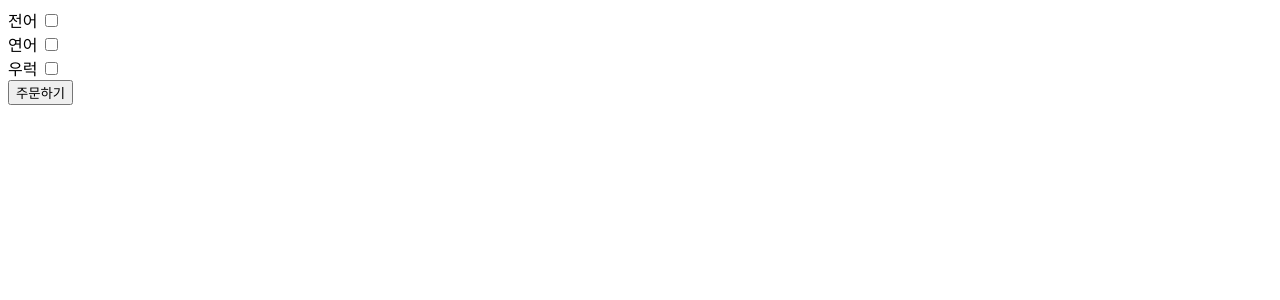
Repository: Dog-voice/king
Page: http://localhost/web_study/step4-form.jsp
An editor plug-in stored every save of this project. The page is shown before and after the next save, followed by the edit.
The browser window is 1280 px wide. The pictures show the whole page.
The page is served by Tomcat 9.

Above is the page before, as saved 2022-08-16 06:56:07.

After the next save:
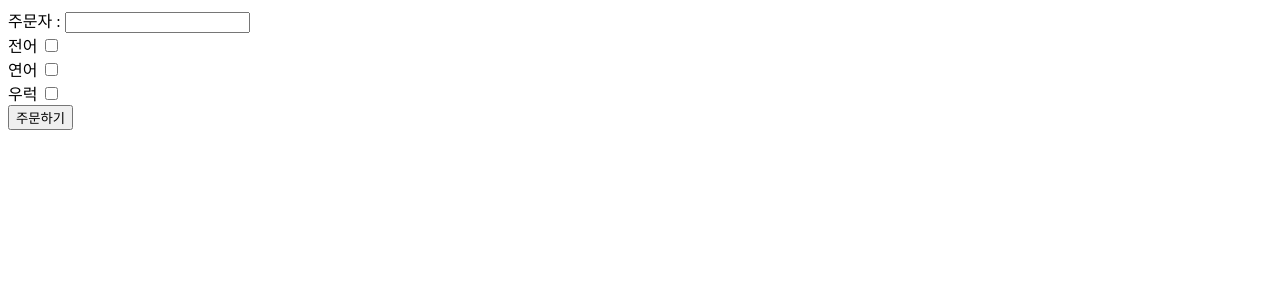
Saved 77 s later.
--- a/게시글등록(1)/web_study/src/main/webapp/step4-form.jsp
+++ b/게시글등록(1)/web_study/src/main/webapp/step4-form.jsp
@@ -23,7 +23,8 @@
        을 주문하셨습니다.
      -->
 
-     <form action="step4-action.jsp">
+     <form action="step4-action.jsp" method="POST">
+           주문자 : <input type="text" name="customerName"> <br>
            전어 <input type="checkbox" name="aa" value="a" > <br>
            연어 <input type="checkbox" name="bb" value="b"> <br>
            우럭 <input type="checkbox" name="cc" value="c"> <br>
